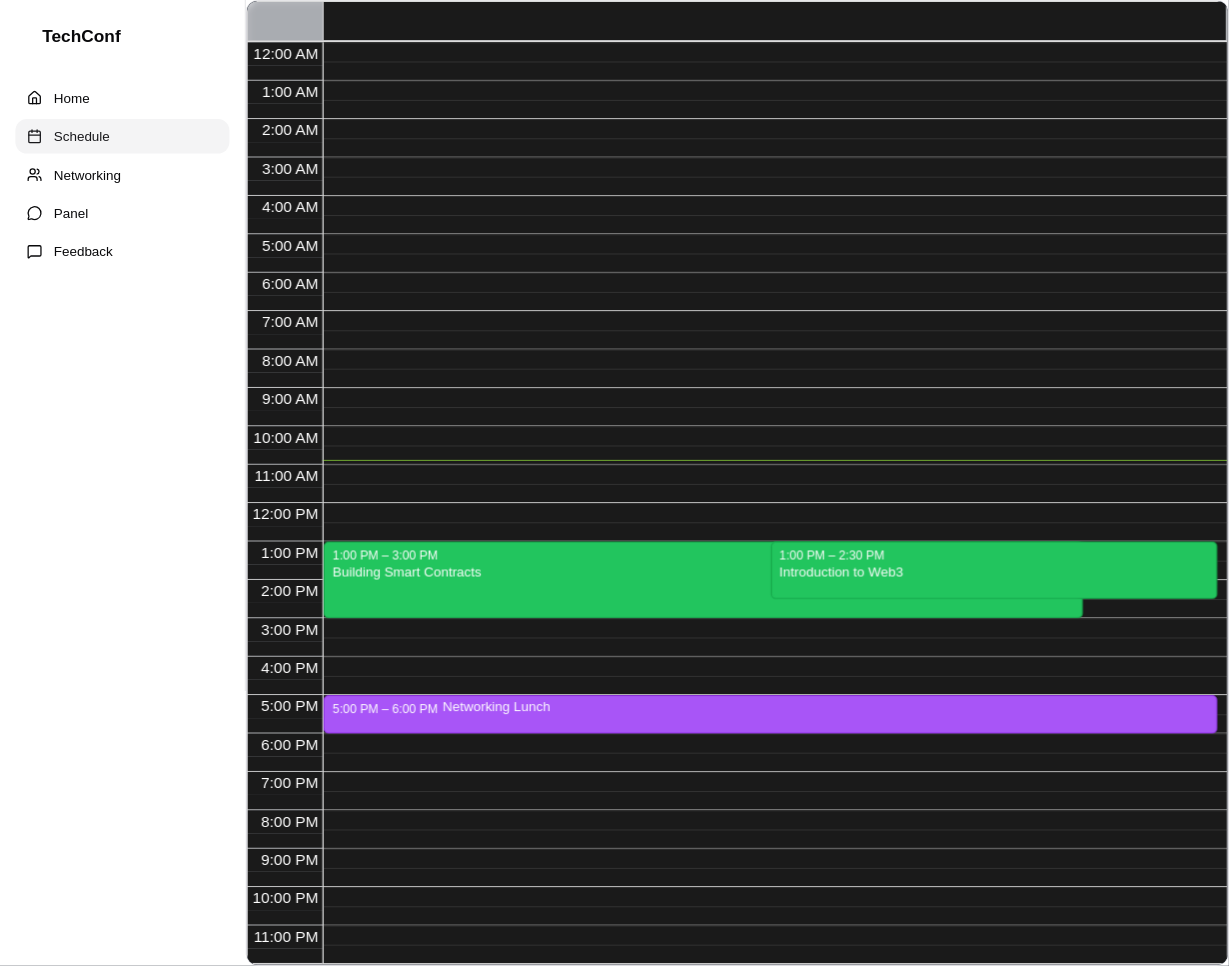
Repository: mrnavdal/symposium-2024
Page: /schedule (app in symposium24/)
An editor plug-in stored every save of this project. The page is shown before and after the next save, followed by the edit.
The browser window is 1280 px wide. The pictures show the whole page, at 96% of full size.
The project was rebuilt for these pictures with package versions that can differ from the ones it lists, and the page was loaded fresh each time. The framework's server and built-in components were replaced by stand-ins that run in the browser. Also part of the build but not shown: symposium24/next.config.ts.

Above is the page before, as saved 2024-11-08 13:46:34.

After the next save:
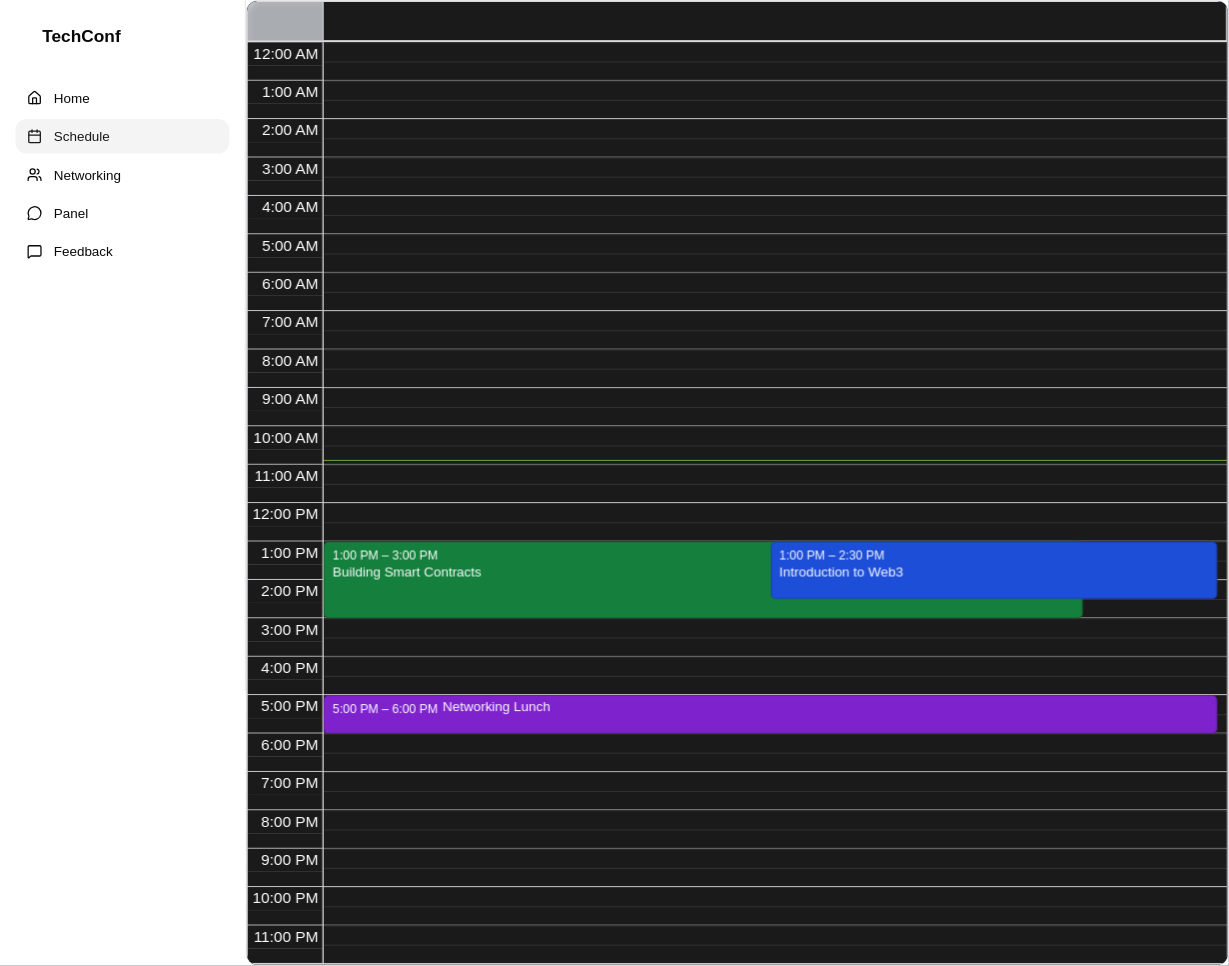
Saved 43 s later.
--- a/symposium24/src/components/Calendar.tsx
+++ b/symposium24/src/components/Calendar.tsx
@@ -16,9 +16,9 @@ const eventStyleGetter = (event: CalendarEvent) => {
   const isOngoing = moment().isBetween(event.start, event.end)
 
   const colors = {
-    workshop: { bg: '#22c55e', border: '#16a34a' },  // green-500, green-600
-    lecture: { bg: '#22c55e', border: '#16a34a' },   // green-500, green-600
-    networking: { bg: '#a855f7', border: '#9333ea' }, // purple-500, purple-600
+    workshop: { bg: '#15803d', border: '#166534' },  // green-700, green-800
+    lecture: { bg: '#1d4ed8', border: '#1e40af' },   // blue-700, blue-800
+    networking: { bg: '#7e22ce', border: '#6b21a8' }, // purple-700, purple-800
   }[event.type] || { bg: '#3b82f6', border: '#2563eb' }  // blue-500, blue-600
 
   return {
